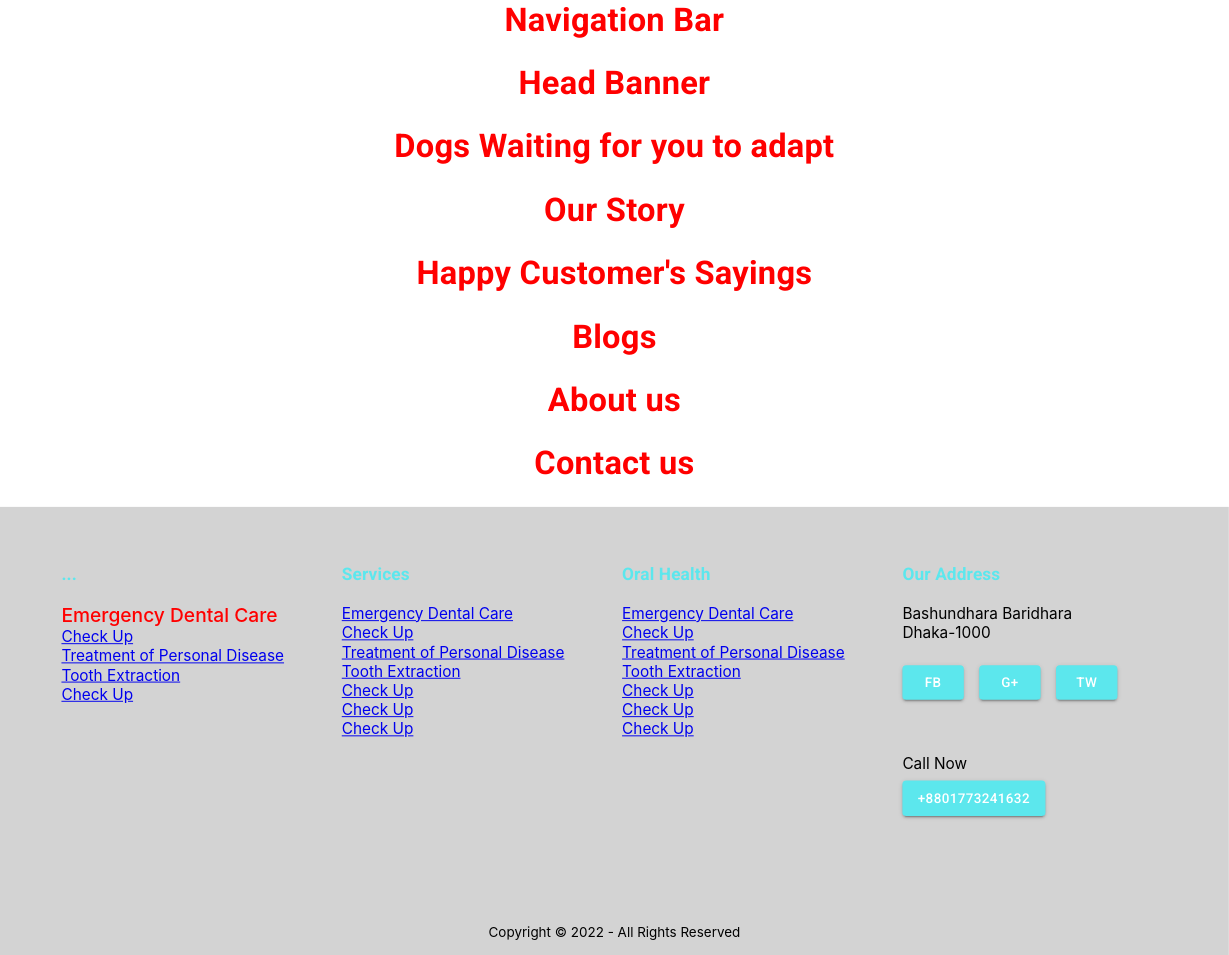
Repository: Sharif-00112/dogos-paradise-client
Page: /
An editor plug-in stored every save of this project. The page is shown before and after the next save, followed by the edit.
The browser window is 1280 px wide. The pictures show the whole page, at 96% of full size.
The project was rebuilt for these pictures with package versions that can differ from the ones it lists, and the page was loaded fresh each time. Also part of the build but not shown: src/Pages/Login/Login/Login.js, src/Pages/Login/Register/Register.js, src/Pages/NotFound/NotFound.js.

Above is the page before, as saved 2022-11-30 22:33:20.

### public/index.html
<!DOCTYPE html>
<html lang="en">
  <head>
    <meta charset="utf-8" />
    <link rel="icon" href="%PUBLIC_URL%/favicon.ico" />
    <meta name="viewport" content="width=device-width, initial-scale=1" />
    <meta name="theme-color" content="#000000" />
    <meta
      name="description"
      content="Web site created using create-react-app"
    />
    <link
      rel="stylesheet" href="https://fonts.googleapis.com/css?family=Roboto:300,400,500,700&display=swap"
    />

    <link rel="apple-touch-icon" href="%PUBLIC_URL%/logo192.png" />
    <!--
      manifest.json provides metadata used when your web app is installed on a
      user's mobile device or desktop. See https://developers.google.com/web/fundamentals/web-app-manifest/
    -->
    <link rel="manifest" href="%PUBLIC_URL%/manifest.json" />
    <!--
      Notice the use of %PUBLIC_URL% in the tags above.
      It will be replaced with the URL of the `public` folder during the build.
      Only files inside the `public` folder can be referenced from the HTML.

      Unlike "/favicon.ico" or "favicon.ico", "%PUBLIC_URL%/favicon.ico" will
      work correctly both with client-side routing and a non-root public URL.
      Learn how to configure a non-root public URL by running `npm run build`.
    -->
    <title>React App</title>
  </head>
  <body>
    <noscript>You need to enable JavaScript to run this app.</noscript>
    <div id="root"></div>
    <!--
      This HTML file is a template.
      If you open it directly in the browser, you will see an empty page.

      You can add webfonts, meta tags, or analytics to this file.
      The build step will place the bundled scripts into the <body> tag.

      To begin the development, run `npm start` or `yarn start`.
      To create a production bundle, use `npm run build` or `yarn build`.
    -->
  </body>
</html>

### src/App.js
import React  from 'react';
import './App.css';
import { BrowserRouter as Router, Route, Routes} from 'react-router-dom';
import Home from './Pages/Home/Home/Home';
import Login from './Pages/Login/Login/Login';
import Register from './Pages/Login/Register/Register';
import AuthProvider from './contexts/AuthProvider/AuthProvider';
// import PrivateRoute from './Pages/Login/PrivateRoute/PrivateRoute';
import NotFound from './Pages/NotFound/NotFound';
import Contact from './Pages/Home/Contact/Contact';
import Products from './Pages/Home/Products/Products';
import Story from './Pages/Home/Story/Story';
import CustomerReviews from './Pages/Home/CustomerReviews/CustomerReviews';
import Blogs from './Pages/Home/Blogs/Blogs';
import About from './Pages/Home/About/About';
// import Footer from './Pages/Shared/Footer/Footer';
// import Dashboard from './Pages/Dashboard/Dashboard/Dashboard';

function App() {
  return (
    <div className="App">
      <AuthProvider>
        <Router>
          <Routes>
            <Route exact path = '/' element={<Home/>}/>
            <Route exact path = '/home' element={<Home/>}/>
            <Route exact path = '/login' element={<Login/>}/>
            <Route exact path = '/register' element={<Register/>}/>
            <Route exact path = '/contact' element={<Contact/>}/>
            <Route exact path = '/products' element={<Products/>}/>
            <Route exact path = '/story' element={<Story/>}/>
            <Route exact path = '/reviews' element={<CustomerReviews/>}/>
            <Route exact path = '/blogs' element={<Blogs/>}/>
            <Route exact path = '/about' element={<About/>}/>
            {/* <Route exact path = '/appointment' element = {
              <PrivateRoute>
                <Appointment></Appointment>
              </PrivateRoute>
            }> </Route> */}
            {/* <Route path = 'dashboard/*' element = {
              <PrivateRoute>
                <Dashboard></Dashboard>
              </PrivateRoute>
            }> </Route> */}
            <Route path = '*' element={<NotFound/>}/>
          </Routes>
          {/* <Footer></Footer> */}
        </Router>
      </AuthProvider>
    </div>
  );
}

export default App;

### src/Pages/Home/Home/Home.js
import React from 'react';
import Footer from '../../Shared/Footer/Footer';
import Navigation from '../../Shared/Navigation/Navigation';
import About from '../About/About';
import Banner from '../Banner/Banner';
import Blogs from '../Blogs/Blogs';
import Contact from '../Contact/Contact';
import CustomerReviews from '../CustomerReviews/CustomerReviews';
import Products from '../Products/Products';
import Story from '../Story/Story';

const Home = () => {
    return (
        <div>
            <Navigation></Navigation>
            <Banner></Banner>
            <Products></Products>
            <Story></Story>
            <CustomerReviews></CustomerReviews>
            <Blogs></Blogs>
            <About></About>
            <Contact></Contact>
            <Footer></Footer>
        </div>
    );
};

export default Home;

### src/contexts/AuthProvider/AuthProvider.js
import React from 'react';
import { createContext } from 'react';
import useFirebase from '../../hooks/useFirebase';

//step-1-context
export const AuthContext = createContext();

const AuthProvider = (props) => {
    //step-3-context
    const {children} = props;

    //step-5-context
    const allContexts = useFirebase();

    return (
        //step-2-context
        <AuthContext.Provider value={allContexts}>
            {children}
        </AuthContext.Provider>
    );
};

export default AuthProvider;

### src/Pages/Home/Contact/Contact.js
import React from 'react';
import { Typography } from '@mui/material';

const Contact = () => {
    return (
        <div>
            <Typography sx={{ m: 3, color: 'red', fontWeight: 600 }} variant="h4" component="div">
                Contact us
            </Typography>
        </div>
    );
};

export default Contact;

### src/Pages/Home/Products/Products.js
import React from 'react';
import { Typography } from '@mui/material';

const Products = () => {
    return (
        <div>
            <Typography sx={{ m: 3, color: 'red', fontWeight: 600 }} variant="h4" component="div">
                Dogs Waiting for you to adapt
            </Typography>
        </div>
    );
};

export default Products;

### src/Pages/Home/Story/Story.js
import React from 'react';
import { Typography } from '@mui/material';


const Story = () => {
    return (
        <div>
            <Typography sx={{ m: 3, color: 'red', fontWeight: 600 }} variant="h4" component="div">
                Our Story
            </Typography>
        </div>
    );
};

export default Story;

### src/Pages/Home/CustomerReviews/CustomerReviews.js
import React from 'react';
import { Typography } from '@mui/material';


const CustomerReviews = () => {
    return (
        <div>
            <Typography sx={{ m: 3, color: 'red', fontWeight: 600 }} variant="h4" component="div">
                Happy Customer's Sayings
            </Typography>
        </div>
    );
};

export default CustomerReviews;

### src/Pages/Home/Blogs/Blogs.js
import React from 'react';
import { Typography } from '@mui/material';


const Blogs = () => {
    return (
        <div>
            <Typography sx={{ m: 3, color: 'red', fontWeight: 600 }} variant="h4" component="div">
                Blogs
            </Typography>
        </div>
    );
};

export default Blogs;

### src/Pages/Home/About/About.js
import React from 'react';
import { Typography } from '@mui/material';

const About = () => {
    return (
        <div>
            <Typography sx={{ m: 3, color: 'red', fontWeight: 600 }} variant="h4" component="div">
                About us
            </Typography>
        </div>
    );
};

export default About;

### src/Pages/Shared/Footer/Footer.js
import React from 'react';
import { Typography } from '@mui/material';
import { Container } from '@mui/system';
import Box from '@mui/material/Box';
import Grid from '@mui/material/Unstable_Grid2';
import { Link } from 'react-router-dom';
import { Button } from '@mui/material';


const Footer = () => {
    return (
        // <div>
        //     <Typography sx={{ m: 3, color: 'red', fontWeight: 600 }} variant="h4" component="div">
        //         Footer Area
        //     </Typography>
        // </div>

        <div style={{ backgroundColor: 'lightgray' }}>
        <Container sx={{ py: 5 }}>
            <Box sx={{ flexGrow: 1 }}>
                <Grid container spacing={2}>
                    <Grid item style={{ textAlign: 'left'}} xs={6} md={3}>
                        <Typography sx={{ my:2, fontSize: 18, fontWeight: 600 }} style={{color: '#5CE7ED'}} variant="h6" component="div">
                            ...
                        </Typography>
                        <Link style={{ textDecoration:'none', color: 'red', fontWeight: 500, fontSize: 20 }} to = '/emergencyDentalCare'>
                            Emergency Dental Care
                        </Link>
                        <br />
                        <Link to = '/checkUp'>
                            Check Up
                        </Link>
                        <br />
                        <Link to = '/treatmentOfPersonalDisease'>
                            Treatment of Personal Disease
                        </Link>
                        <br />
                        <Link to = '/toothExtraction'>
                            Tooth Extraction
                        </Link>
                        <br />
                        <Link to = '/checkUp'>
                            Check Up
                        </Link>
                    </Grid>
                    <Grid item style={{ textAlign: 'left'}} xs={6} md={3}>
                        <Typography sx={{ my:2, fontSize: 18, fontWeight: 600 }} style={{color: '#5CE7ED'}} variant="h6" component="div">
                            Services
                        </Typography>
                        <Link to = '/emergencyDentalCare'>
                            Emergency Dental Care
                        </Link>
                        <br />
                        <Link to = '/checkUp'>
                            Check Up
                        </Link>
                        <br />
                        <Link to = '/treatmentOfPersonalDisease'>
                            Treatment of Personal Disease
                        </Link>
                        <br />
                        <Link to = '/toothExtraction'>
                            Tooth Extraction
                        </Link>
                        <br />
                        <Link to = '/checkUp'>
                            Check Up
                        </Link>
                        <br />
                        <Link to = '/checkUp'>
                            Check Up
                        </Link>
                        <br />
                        <Link to = '/checkUp'>
                            Check Up
                        </Link>
                    </Grid>
                    <Grid item style={{ textAlign: 'left'}} xs={6} md={3}>
                        <Typography sx={{ my:2, fontSize: 18, fontWeight: 600 }} style={{color: '#5CE7ED'}} variant="h6" component="div">
                            Oral Health
                        </Typography>
                        <Link to = '/emergencyDentalCare'>
                            Emergency Dental Care
                        </Link>
                        <br />
                        <Link to = '/checkUp'>
                            Check Up
                        </Link>
                        <br />
                        <Link to = '/treatmentOfPersonalDisease'>
                            Treatment of Personal Disease
                        </Link>
                        <br />
                        <Link to = '/toothExtraction'>
                            Tooth Extraction
                        </Link>
                        <br />
                        <Link to = '/checkUp'>
                            Check Up
                        </Link>
                        <br />
                        <Link to = '/checkUp'>
                            Check Up
                        </Link>
                        <br />
                        <Link to = '/checkUp'>
                            Check Up
                        </Link>
                    </Grid>
                    <Grid item style={{ textAlign: 'left'}} xs={6} md={3}>
                        <Typography sx={{ my:2, fontSize: 18, fontWeight: 600 }} style={{color: '#5CE7ED'}} variant="h6" component="div">
                            Our Address
                        </Typography>
                        <Typography sx={{ fontSize: 16, fontWeight: 400 }} variant="" component="div">
                                Bashundhara Baridhara <br />
                                Dhaka-1000
                        </Typography>

                        {/* <Button>
                            <FontAwesomeIcon icon={faShoppingCart} /> Cart
                            <FontAwesomeIcon icon="fa-brands fa-facebook" />
                        </Button> */}

                        <a href="https://www.facebook.com/" target="_blank" style={{ textDecoration:'none', color:'white' }}>
                            <Button sx={{ mt:3, mr:2 }} variant="contained" style={{backgroundColor: '#5CE7ED'}}>
                                FB
                            </Button>
                        </a>
                        <a href="https://www.google.com/" target="_blank" style={{ textDecoration:'none', color:'white' }}>
                            <Button sx={{ mt:3, mr:2 }} variant="contained" style={{backgroundColor: '#5CE7ED'}}>
                                G+
                            </Button>
                        </a>
                        <a href="https://twitter.com/" target="_blank" style={{ textDecoration:'none', color:'white' }}>
                            <Button sx={{ mt:3, mr:2 }} variant="contained" style={{backgroundColor: '#5CE7ED'}}>
                                TW
                            </Button>
                        </a>

                        <Typography sx={{ mt:7, fontSize: 16, fontWeight: 400 }} variant="" component="div">
                                Call Now
                        </Typography>
                        <a href="tel:+8801773241632" style={{ textDecoration:'none', color:'white' }}>
                            <Button sx={{ mt:1, mr:2 }} variant="contained" style={{backgroundColor: '#5CE7ED'}}>
                                +8801773241632
                            </Button>
                        </a>
                    </Grid>
                </Grid>
            </Box>
        </Container>
        <Typography sx={{ p:2, mt:7, fontSize: 14, fontWeight: 400 }} variant="" component="div">
            Copyright &copy; 2022 - All Rights Reserved
        </Typography>
    </div>
    );
};

export default Footer;

### src/Pages/Shared/Navigation/Navigation.js
import React from 'react';
import { Typography } from '@mui/material';

const Navigation = () => {
    return (
        <div>
            <Typography sx={{ mx: 3, color: 'red', fontWeight: 600 }} variant="h4" component="div">
                Navigation Bar
            </Typography>
        </div>
    );
};

export default Navigation;

### src/Pages/Home/Banner/Banner.js
import React from 'react';
import { Typography } from '@mui/material';

const Banner = () => {
    return (
        <div>
            <Typography sx={{ m: 3, color: 'red', fontWeight: 600 }} variant="h4" component="div">
                Head Banner
            </Typography>
        </div>
    );
};

export default Banner;

### src/Pages/Login/Firebase/firebase.initialize.js
import { initializeApp } from "firebase/app";
import firebaseConfig from "./firebase.config";

const initializeAuthentication = () =>{
    initializeApp(firebaseConfig);
}

export default initializeAuthentication;

### src/Pages/Login/Firebase/firebase.config.js
// console.log(process.env);

const firebaseConfig = {
  apiKey: process.env.REACT_APP_FIREBASE_API_KEY,
  authDomain: process.env.REACT_APP_FIREBASE_AUTH_DOMAIN,
  projectId: process.env.REACT_APP_FIREBASE_PROJECT_ID,
  storageBucket: process.env.REACT_APP_FIREBASE_STORAGE_BUCKET,
  messagingSenderId: process.env.REACT_APP_FIREBASE_MESSAGING_SENDER_ID,
  appId: process.env.REACT_APP_FIREBASE_APP_ID,
  measurementId: process.env.REACT_APP_FIREBASE_MEASUREMENT_ID
};

export default firebaseConfig;

// .env.local
// REACT_APP_FIREBASE_API_KEY=AIzaSyCGaQ8G2l5KeOKX4bAJ7MC19oWW_2vnTNQ
// REACT_APP_FIREBASE_AUTH_DOMAIN=dogos-paradise.firebaseapp.com
// REACT_APP_FIREBASE_PROJECT_ID=dogos-paradise
// REACT_APP_FIREBASE_STORAGE_BUCKET=dogos-paradise.appspot.com
// REACT_APP_FIREBASE_MESSAGING_SENDER_ID=824394057307
// REACT_APP_FIREBASE_APP_ID=1:824394057307:web:727ac0c86627b9544a617e
// REACT_APP_FIREBASE_MEASUREMENT_ID=G-DL8JJ6MYSD

// const firebaseConfig = {
  // apiKey: "AIzaSyCGaQ8G2l5KeOKX4bAJ7MC19oWW_2vnTNQ",
  // authDomain: "dogos-paradise.firebaseapp.com",
  // projectId: "dogos-paradise",
  // storageBucket: "dogos-paradise.appspot.com",
  // messagingSenderId: "824394057307",
  // appId: "1:824394057307:web:727ac0c86627b9544a617e",
  // measurementId: "G-DL8JJ6MYSD"
// };

Loaded but not shown: src/index.js (common file); src/index.css (common file); src/reportWebVitals.js (common file); src/App.css (common file); src/hooks/useFirebase.js (273 lines, source omitted)

After the next save:
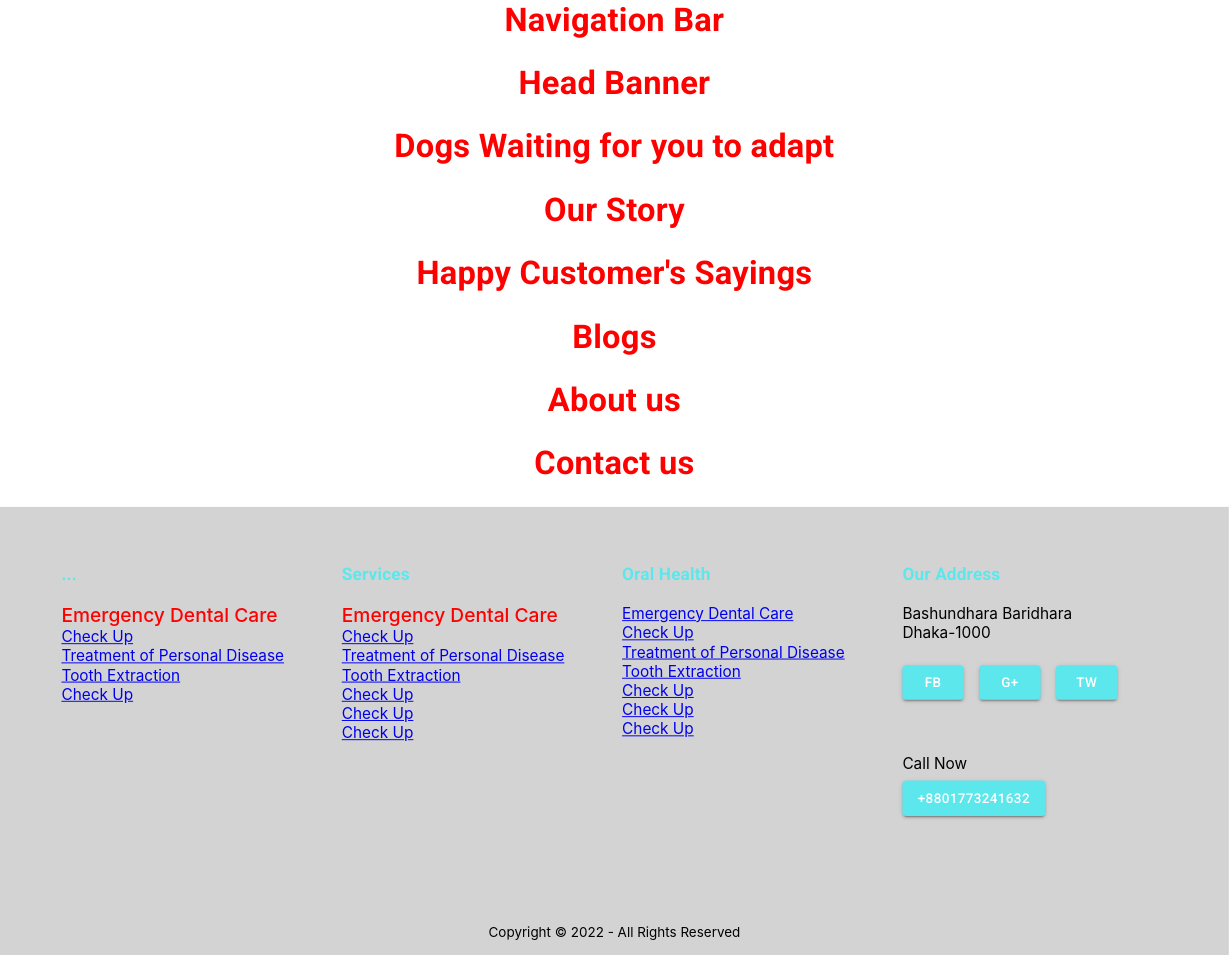
Saved 50 s later.
--- a/src/Pages/Shared/Footer/Footer.js
+++ b/src/Pages/Shared/Footer/Footer.js
@@ -47,7 +47,7 @@ const Footer = () => {
                         <Typography sx={{ my:2, fontSize: 18, fontWeight: 600 }} style={{color: '#5CE7ED'}} variant="h6" component="div">
                             Services
                         </Typography>
-                        <Link to = '/emergencyDentalCare'>
+                        <Link style={{ textDecoration:'none', color: 'red', fontWeight: 500, fontSize: 20 }} to = '/emergencyDentalCare'>
                             Emergency Dental Care
                         </Link>
                         <br />
